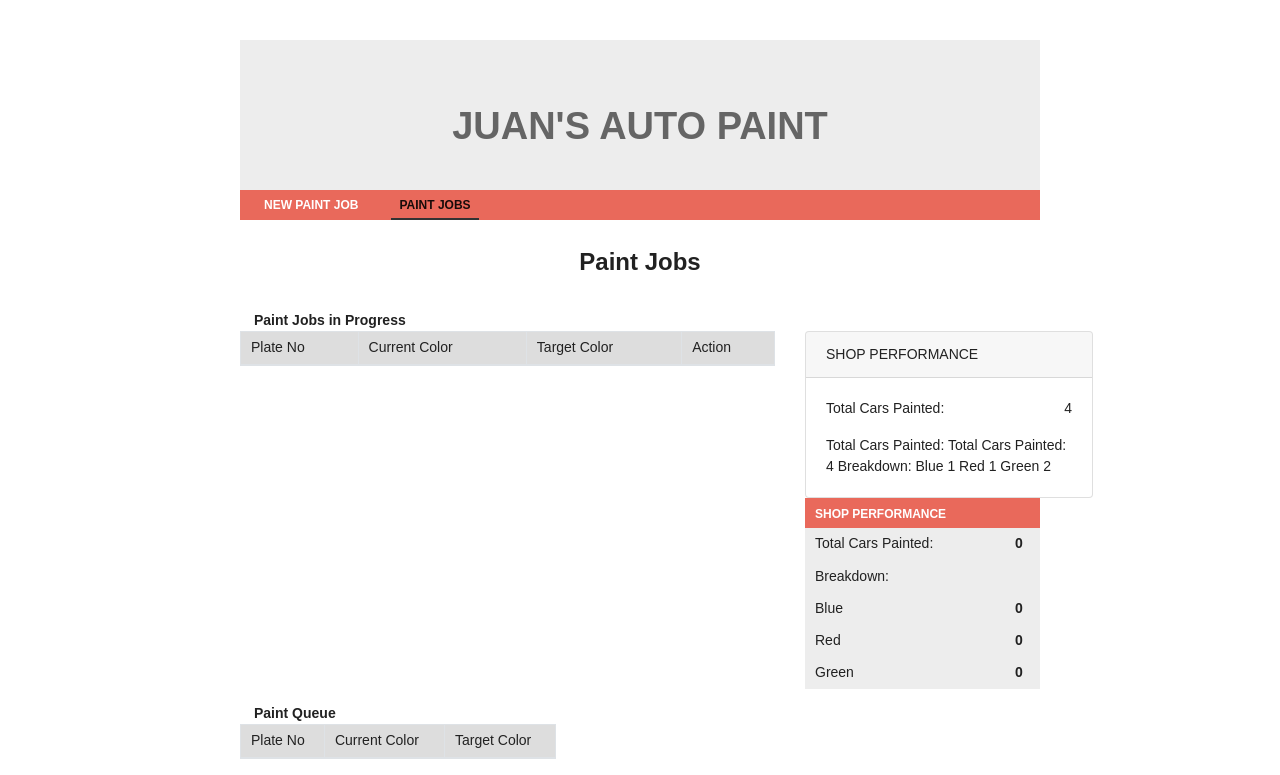
Repository: soycaringal/paint-job
Page: http://localhost/jobs
An editor plug-in stored every save of this project. The page is shown before and after the next save, followed by the edit.
The browser window is 1280 px wide. The pictures show the whole page.
The page is served by the project's Laravel application, run on PHP 8.4 with Laravel 8. Other server files are loaded and not shown. Queries for data that is not in the repository find no rows.

Above is the page before, as saved 2020-02-23 19:55:07.

### routes/web.php
<?php

/*
|--------------------------------------------------------------------------
| Web Routes
|--------------------------------------------------------------------------
|
| Here is where you can register web routes for your application. These
| routes are loaded by the RouteServiceProvider within a group which
| contains the "web" middleware group. Now create something great!
|
*/

Route::get('/', 'CarController@index')->name('home');
Route::get('/jobs', 'CarController@jobs')->name('jobs');
Route::post('/car', 'CarController@store')->name('car.store');

// Route::post('/car', function () {

//     return 'aw';
// });

### app/Http/Controllers/CarController.php
<?php

namespace App\Http\Controllers;

use App\Car;
use Illuminate\Http\Request;

class CarController extends Controller
{
    private $car;

    public function __construct(Car $car) {
        $this->car = $car;
    }

    /**
     * Display a listing of the resource.
     *
     * @return \Illuminate\Http\Response
     */
    public function index()
    {
        $cars = $this->car->all();
        return view('home', compact('cars'));
    }

        /**
     * Display a listing of the resource.
     *
     * @return \Illuminate\Http\Response
     */
    public function jobs()
    {
        return view('jobs');
    }

    /**
     * Show the form for creating a new resource.
     *
     * @return \Illuminate\Http\Response
     */
    public function create()
    {
        //
    }

    /**
     * Store a newly created resource in storage.
     *
     * @param  \Illuminate\Http\Request  $request
     * @return \Illuminate\Http\Response
     */
    public function store(Request $request)
    {
        $data = $request->all();

        $car = new Car();
        $car->plate_no = $data['plate_no'];
        $car->current_color = $data['current_color'];
        $car->target_color = $data['target_color'];
        $car->save();

        return redirect('jobs');
    }

    /**
     * Display the specified resource.
     *
     * @param  \App\Car  $car
     * @return \Illuminate\Http\Response
     */
    public function show(Car $car)
    {
        //
    }

    /**
     * Show the form for editing the specified resource.
     *
     * @param  \App\Car  $car
     * @return \Illuminate\Http\Response
     */
    public function edit(Car $car)
    {
        //
    }

    /**
     * Update the specified resource in storage.
     *
     * @param  \Illuminate\Http\Request  $request
     * @param  \App\Car  $car
     * @return \Illuminate\Http\Response
     */
    public function update(Request $request, Car $car)
    {
        $car = $this->car->find($request->id);
        $car->status = 'completed';
        $car->save();
    }

    /**
     * Remove the specified resource from storage.
     *
     * @param  \App\Car  $car
     * @return \Illuminate\Http\Response
     */
    public function destroy(Car $car)
    {
        //
    }
}

### resources/views/jobs.blade.php
@extends('layouts.app')

@section('content')
<div class="paint-jobs-content">
    <section>
        <div class="paint-job-title">
            <h1>Paint Jobs</h1>
        </div>
    </section>
    <div class="paint-jobs-wrapper">
        <section class="car-in-progress">
            <h3>Paint Jobs in Progress</h3>
            <table class="table table-bordered">
                <thead class="thead">
                    <tr>
                        <th scope="col">Plate No</th>
                        <th scope="col">Current Color</th>
                        <th scope="col">Target Color</th>
                        <th scope="col">Action</th>
                    </tr>
                </thead>
                <tbody class="car-in-progress-rows">

                </tbody>
            </table>
        </section>
        <section class="car-performance">
            <div class="card" style="width: 18rem;">
                <div class="card-header">SHOP PERFORMANCE</div>
                <div class="card-body">
                    <p>
                        <span class="card-text">Total Cars Painted:</span>
                        <span class="float-right">4</span>
                    </p>

                    <span>Total Cars Painted:</span>
                    <span>Total Cars Painted:</span>
                    	4
                    Breakdown:
                    Blue	1
                    Red	1
                    Green	2
                </div>
            </div>
            <table class="table table-borderless">
                <thead class="thead">
                    <tr>
                        <th scope="col" colspan="2">SHOP PERFORMANCE</th>
                    </tr>
                </thead>
                <tbody class="car-performance-rows">

                </tbody>
            </table>
        </section>
    </div>

    <section class="car-queue row">
        <div class="col-5">
            <h3>Paint Queue</h3>
            <table class="table table-bordered">
                <thead class="thead">
                    <tr>
                        <th scope="col">Plate No</th>
                        <th scope="col">Current Color</th>
                        <th scope="col">Target Color</th>
                    </tr>
                </thead>
                <tbody class="car-queue-rows">

                </tbody>
            </table>
        </div>
    </section>
</div>

<script>
    $(document).ready(() => {
        getData();
        // poll();
    })

    function templatePending(cars) {
        let template = '\
        <tr> \
            <td>{PLATE_NO}</td> \
            <td>{CURRENT_COLOR}</td> \
            <td>{TARGET_COLOR}</td> \
            <td class="text-center">{ACTION}</td> \
        </tr>';

        let result = '';
        cars.forEach(car => {
            const action = '<a onclick="updateStatus(' + car.id + ')" href="javascript:void(0)">Mark as Completed</>'
            let row =  template
                .replace('{PLATE_NO}', car.plate_no)
                .replace('{CURRENT_COLOR}', car.current_color)
                .replace('{TARGET_COLOR}', car.target_color)
                .replace('{ACTION}', action)

            result += row;
        });

        $('.car-in-progress-rows').html(result);
    }

    function templateQueue(cars) {
        let template = '\
        <tr> \
            <td>{PLATE_NO}</td> \
            <td>{CURRENT_COLOR}</td> \
            <td>{TARGET_COLOR}</td> \
        </tr>';

        let result = '';
        cars.forEach(car => {
            const action = '<a onclick="updateStatus(' + car.id + ')" href="javascript:void(0)">Mark as Completed</>'
            let row =  template
                .replace('{PLATE_NO}', car.plate_no)
                .replace('{CURRENT_COLOR}', car.current_color)
                .replace('{TARGET_COLOR}', car.target_color)

            result += row;
        });

        $('.car-queue-rows').html(result);
    }

    function templatePerformance(car) {
        let template = '\
        <tr> \
            <td>Total Cars Painted:</td> \
            <td>{TOTAL_CARS}</td> \
        </tr> \
        <tr> \
            <td colspan="2">Breakdown:</td> \
        </tr> \
        <tr> \
            <td>Blue</td> \
            <td>{TOTAL_BLUE}</td> \
        </tr> \
        <tr> \
            <td>Red</td> \
            <td>{TOTAL_RED}</td> \
        </tr> \
        <tr> \
            <td>Green</td> \
            <td>{TOTAL_GREEN}</td> \
        </tr>';

        let result =  template
            .replace('{TOTAL_CARS}', car.total_cars)
            .replace('{TOTAL_BLUE}', car.total_blue)
            .replace('{TOTAL_RED}', car.total_red)
            .replace('{TOTAL_GREEN}', car.total_green)

        $('.car-performance-rows').html(result);
    }

    function updateStatus(id) {
        $.post('/api/car', {id: id})
        .then((res) => {
            console.log(res);
        });
    }

    async function getData()  {
        await $.get('/api/cars')
        .then((result) => {
            templatePending(result.pending);
            templateQueue(result.queue);
        });

        await $.get('/api/cars/performance')
        .then((result) => {
            templatePerformance(result);
        });
    }

    function poll() {
        setTimeout(() => {
            getData()
            .then(poll())
        }, 3000);
    }
</script>


@endsection

### resources/views/layouts/app.blade.php
<!DOCTYPE html>
<html lang="{{ str_replace('_', '-', app()->getLocale()) }}">
    <head>
        <meta charset="utf-8">
        <meta name="viewport" content="width=device-width, initial-scale=1">

        <title>Laravel</title>

        <!-- Fonts -->
        <link href="https://fonts.googleapis.com/css?family=Nunito:200,600" rel="stylesheet">
        <link rel="stylesheet" href="https://stackpath.bootstrapcdn.com/bootstrap/4.1.3/css/bootstrap.min.css" integrity="sha384-MCw98/SFnGE8fJT3GXwEOngsV7Zt27NXFoaoApmYm81iuXoPkFOJwJ8ERdknLPMO" crossorigin="anonymous">
        <script src="https://code.jquery.com/jquery-3.3.1.slim.min.js" integrity="sha384-q8i/X+965DzO0rT7abK41JStQIAqVgRVzpbzo5smXKp4YfRvH+8abtTE1Pi6jizo" crossorigin="anonymous"></script>
        <script src="https://cdnjs.cloudflare.com/ajax/libs/popper.js/1.14.3/umd/popper.min.js" integrity="sha384-ZMP7rVo3mIykV+2+9J3UJ46jBk0WLaUAdn689aCwoqbBJiSnjAK/l8WvCWPIPm49" crossorigin="anonymous"></script>
        <script src="https://stackpath.bootstrapcdn.com/bootstrap/4.1.3/js/bootstrap.min.js" integrity="sha384-ChfqqxuZUCnJSK3+MXmPNIyE6ZbWh2IMqE241rYiqJxyMiZ6OW/JmZQ5stwEULTy" crossorigin="anonymous"></script>
        <link href="/css/main.css" rel="stylesheet">
        <script src="https://code.jquery.com/jquery-3.4.1.min.js"
                integrity="sha256-CSXorXvZcTkaix6Yvo6HppcZGetbYMGWSFlBw8HfCJo=" crossorigin="anonymous"></script>
    </head>
    <body>
        <div class="car-container">
            <header>
                <div class="jumbotron text-center">
                    <h1>Juan's Auto Paint</h1>
                </div>
                <nav class="navbar navbar-expand-lg navbar-light">
                    <div class="collapse navbar-collapse" id="navbarText">
                        <ul class="navbar-nav mr-auto">
                            <li class="nav-item {{ Route::is('home') ? 'active' : '' }}">
                                <a class="nav-link" href="/">NEW PAINT JOB</a>
                            </li>
                            <li class="nav-item {{ Route::is('jobs') ? 'active' : '' }}">
                                <a class="nav-link" href="/jobs">PAINT JOBS</a>
                            </li>
                            </li>
                        </ul>
                    </div>
                </nav>
            </header>
            <main>
                @yield('content')
            </main>
        </div>
    </body>
</html>

### public/css/main.css
body {
    font-family: Arial;
    color: #212121;
}

header {
    margin-top: 40px;
}

header .jumbotron {
    background-color: #ededed;
    border-radius: 0;
    height: 150px;
    margin-bottom: 0;
}

header h1 {
    color: #656565;
    font-family: 'arial';
    font-size: 38px;
    font-weight: bold;
    text-transform: uppercase;
}

.car-container {
    margin: 0 auto;
    width: 800px;
}

.navbar {
    background-color: #e9695b;
    height: 30px;
    font-size: 12px;
}

.navbar .nav-item a {
    color: #333333;
    font-weight: bold;
    margin-right: 25px;
}

.navbar-light .navbar-nav .nav-item.active .nav-link {
    padding-bottom: 4px;
    border-bottom: 2px solid #333;
}

.navbar-light .navbar-nav .nav-link {
    color: #FFFFFF;
}

.paint-job-title h1 {
    text-align: center;
    font-size: 24px;
    font-weight: bold;
    margin-top: 28px;
}

.paint-job-images {
    margin-top: 30px;
}

.paint-job-images figure {
    text-align: center;
}

.car-details {
    margin-left: 15px;
    margin-top: 25px;
    font-size: 14px;
    color: #212121;
}

.car-details h2 {
    font-size: 16px;
    font-weight: bold;
}

.car-details button {
    background-color: #e9695b;
    color: #FFFFFF;
    font-size: 14px;
    border-radius: 0;
    width: 150px;
}

.paint-jobs-content {
    font-size: 14px;
}

.paint-jobs-content h3 {
    font-size: 14px;
    font-weight: bold;
    margin-left: 14px;
    margin-bottom: 2px;
}

.paint-jobs-content .table .thead th, .paint-jobs-content .table tbody td {
    padding: .4em;
    font-weight: normal;
    padding-left: 10px;
}

.paint-jobs-content .table .thead {
    background-color: #dddddd;
    height: 30px;
}

.paint-jobs-content .car-performance .table .thead th {
    font-weight: bold;
}

.paint-jobs-content .car-performance .table .thead {
    background-color: #e9695b;
    color: #FFFFFF;
    font-size: 12px;
}

.paint-jobs-content .car-performance .table tbody {
    background-color: #ededed;
}

.paint-jobs-content .car-in-progress tbody a {
    color: #e9695b;
    font-weight: bold;
}

.paint-jobs-content .car-in-progress {
    width: 535px;
}

.paint-jobs-content .car-performance {
    margin-top: 19px;
    margin-left: 30px;
    width: 235px;
}

.paint-jobs-content .paint-jobs-wrapper {
    display: flex;
    margin-top: 35px;
}

.paint-jobs-content .car-performance-rows tr td:nth-child(2) {
    font-weight: bold;
}

Loaded but not shown: app/Http/Controllers/Controller.php (common file); app/Car.php (common file)

After the next save:
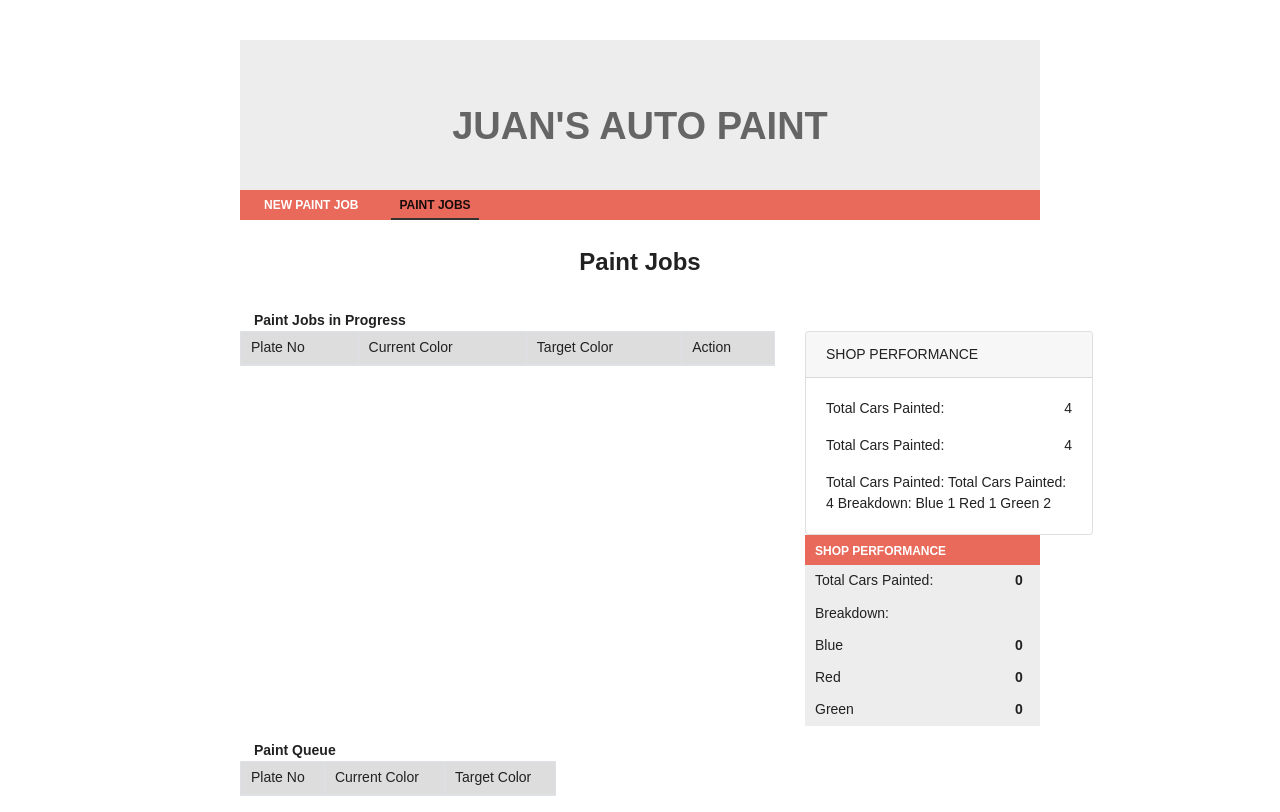
Saved 12 s later.
--- a/resources/views/jobs.blade.php
+++ b/resources/views/jobs.blade.php
@@ -32,6 +32,11 @@
                         <span class="card-text">Total Cars Painted:</span>
                         <span class="float-right">4</span>
                     </p>
+                    <p>
+                        <span class="card-text">Total Cars Painted:</span>
+                        <span class="float-right">4</span>
+                    </p>
+
 
                     <span>Total Cars Painted:</span>
                     <span>Total Cars Painted:</span>
